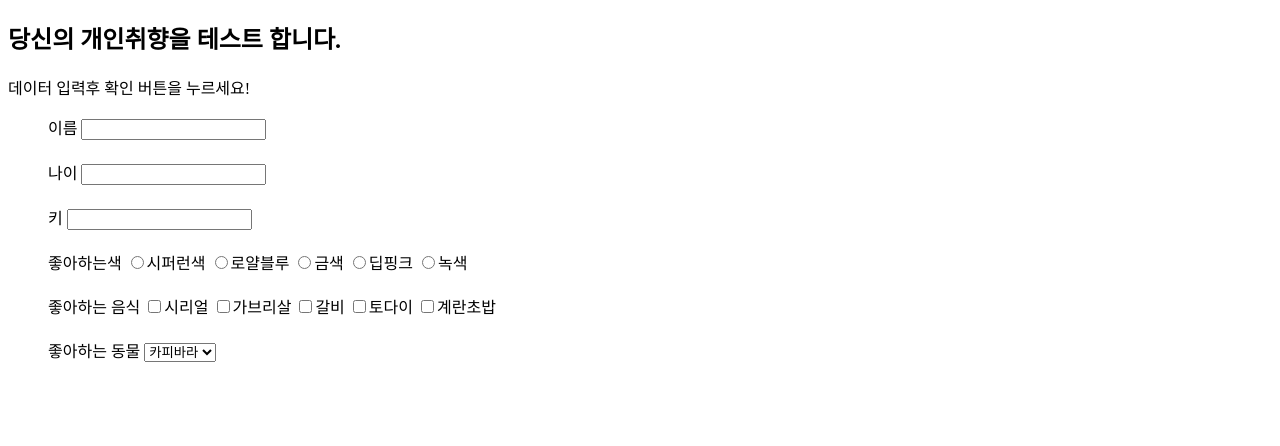
Repository: Jiwon-cho/WASPractice
Page: 02_servletdata/web/views/testPerson.html
These files come from the project's save history. The page is drawn as it stood at one moment and after the next save; the edit follows.
The browser window is 1280 px wide. The pictures show the whole page.

Above is the page before, as saved 2021-04-30 10:05:54.

After the next save:
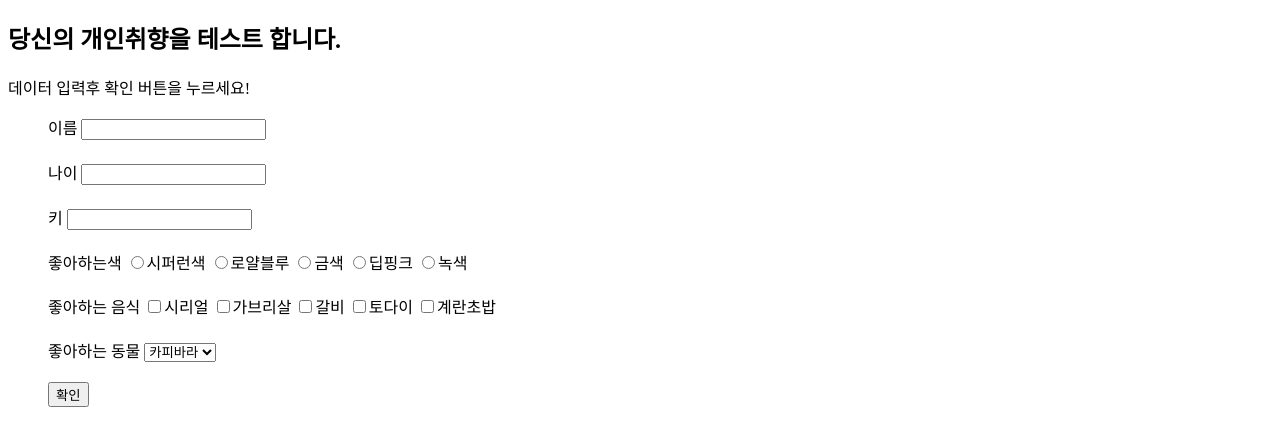
Saved 47 s later.
--- a/02_servletdata/web/views/testPerson.html
+++ b/02_servletdata/web/views/testPerson.html
@@ -45,7 +45,10 @@ ul>li{
 <option value="삵">삵</option>
 <option value="쿼카">쿼카</option>
 </select>
-
+</li>
+<li>
+<input type="submit" value="확인">
+</li>
 
 </ul>
 </form>
